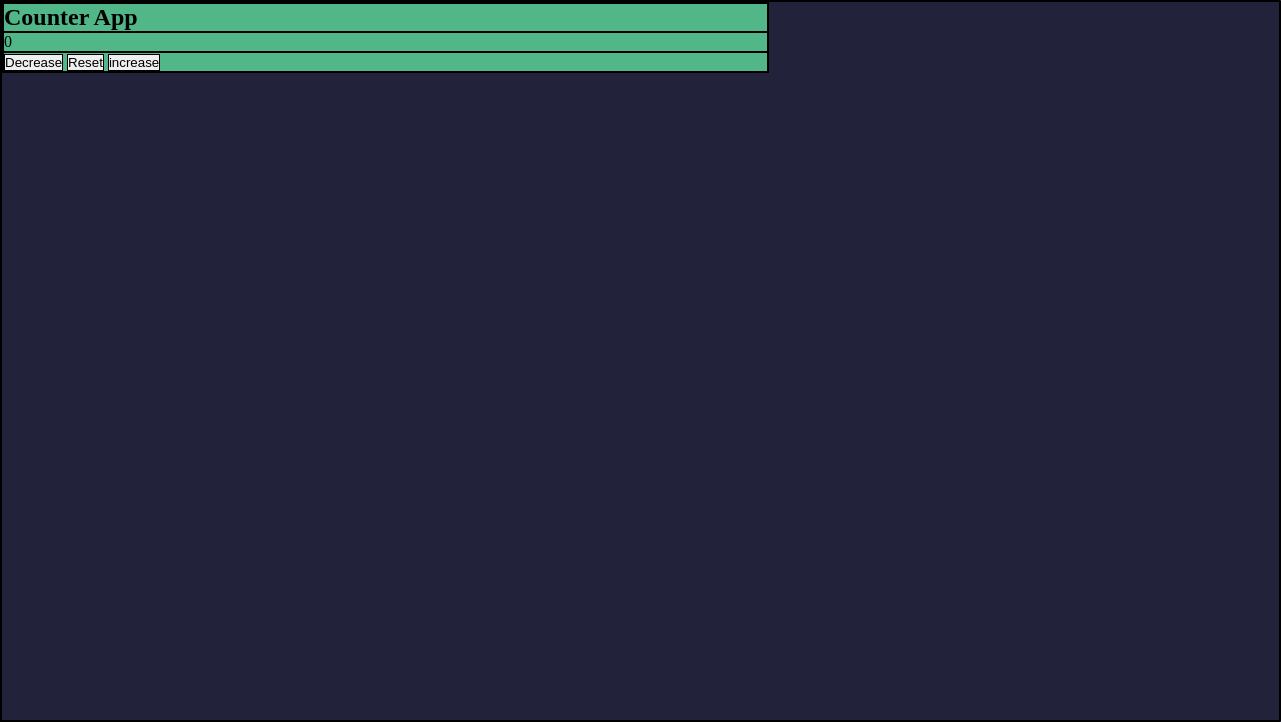
Repository: Yuukicoder/basicProject
Page: project2.html
These files come from the project's save history. The page is drawn as it stood at one moment and after the next save; the edit follows.
The browser window is 1280 px wide. The page is 1281 px wide, then 1280 px, so the pictures cover 1281 px, including what lies to the right of the window. The pictures show the whole page.

Above is the page before, as saved 2023-02-24 16:56:30.

### project2.html
<!DOCTYPE html>
<html lang="en">
  <head>
    <meta charset="UTF-8" />
    <meta http-equiv="X-UA-Compatible" content="IE=edge" />
    <meta name="viewport" content="width=device-width, initial-scale=1.0" />
    <title>Counter App</title>
    <link
      rel="shortcut icon"
      href="https://cdn-icons-png.flaticon.com/512/6134/6134688.png"
      type="image/x-icon"
    />
    <link rel="stylesheet" href="assets/css/project2.css" />
  </head>
  <body>
    <section class="box">
      <h1>Counter App</h1>
      <p class="counter-preview">0</p>
      <div class="buttons" id="allBtns">
        <button class="decrement" id="decrement">Decrease</button>
        <button class="reset" id="reset">Reset</button>
        <button class="increment" id="increment">increase</button>
      </div>
    </section>
    <script src="assets/js/project2.js"></script>
  </body>
</html>

### assets/css/project2.css
* {
  margin: 0;
  padding: 0;
  box-sizing: border-box;
  border: 1px solid black;
}
body {
  background-color: #22223b;
  height: 100vh;
  width: 100vw;
  display: block;
  margin-right: auto;
  margin-left: auto;
}
.box {
  width: 60%;
  background-color: #52b788;
}

### assets/js/project2.js
const display = document.querySelector('.counter-preview');
const allBtns = document.querySelector('#allBtns');
allBtns.addEventListener('click',counter);
var value = 0;
function counter(x) {
    const btn = x.target.id;
    if(btn === 'increment'){
        value += 1;
    }
    else if(btn === 'decrement'){
        value -= 1;
    }
    else value = 0;
    display.textContent = value;
}

After the next save:
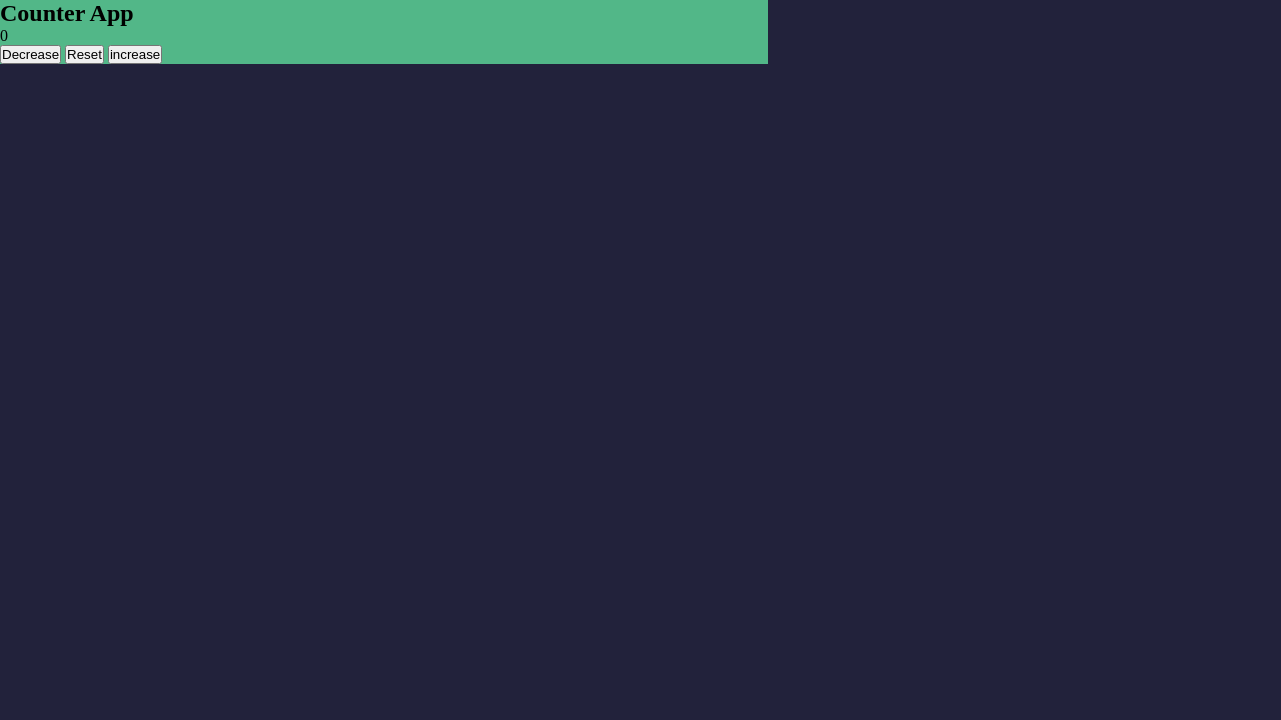
Saved 8 s later.
--- a/assets/css/project2.css
+++ b/assets/css/project2.css
@@ -2,7 +2,7 @@
   margin: 0;
   padding: 0;
   box-sizing: border-box;
-  border: 1px solid black;
+  /* border: 1px solid black; */
 }
 body {
   background-color: #22223b;
